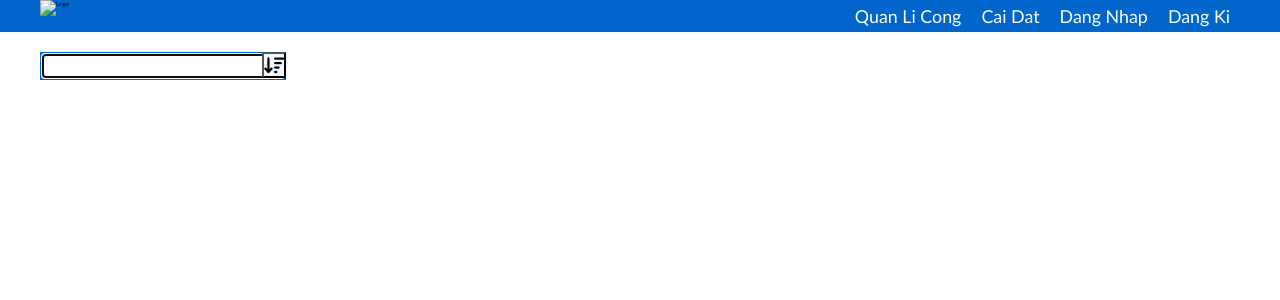
Repository: LDDUNG2003/a
Page: index.html
These files come from the project's save history. The page is drawn as it stood at one moment and after the next save; the edit follows.
The browser window is 1280 px wide. The pictures show the whole page.
The first visible `.search-input` has the focus.
Some web libraries are served in a nearby version.

Above is the page before, as saved 2023-10-12 14:36:00.

### index.html
<!DOCTYPE html>
<html lang="en">

<head>
    <meta charset="UTF-8">
    <meta name="viewport" content="width=device-width, initial-scale=1.0">
    <title>Document</title>
    <link rel="stylesheet" href="./controlView/css/base.css">
    <link rel="stylesheet" href="./controlView/css/index.css">
</head>

<body>
    <div class="main">
        <div class="header">
            <div class="navBar">
                <img src="" alt="Logo">
                <ul class="navBar-list">
                    <li class="navBar-list--item">
                        <a href="./" class="navBar-list--link">quan li cong</a>
                    </li>
                    <li class="navBar-list--item">
                        <a href="./" class="navBar-list--link">cai dat</a>
                    </li>
                    <li class="navBar-list--item">
                        <a href="./" class="navBar-list--link">dang nhap</a>
                    </li>
                    <li class="navBar-list--item">
                        <a href="./" class="navBar-list--link">dang ki</a>
                    </li>
                </ul>
            </div>
        </div>
        <div class="content">
            <div class="heading-content">
                <div class="heading-search">
                    <input class="search-input" type="text">
                    <button class="search-btn">
                        <i style="font-size: 1.8rem;" class="fa-solid fa-arrow-down-wide-short" style="color: #eeeeec;"></i>
                    </button>
                </div>
            </div>
        </div>
    </div>
    <script src="https://kit.fontawesome.com/9ffed7d99e.js" crossorigin="anonymous"></script>
</body>

</html>

### controlView/css/base.css
:root {
    --primary-color: #0066cc;
    --text-color: #414141;
}

* {
    padding: 0px;
    margin: 0px;
    font-size: 0.62rem;
    font-family: 'Trebuchet MS', 'Lucida Sans Unicode', 'Lucida Grande', 'Lucida Sans', Arial, sans-serif;
}

.main {
    width: 100%;
    margin: auto;
}

.header {
    width: 100%;
    background-color: var(--primary-color);
}

.navBar {
    width: 100%;
    max-width: 1200px;
    margin: auto;
    display: flex;
    justify-content: space-between;
}

.navBar-list {
    display: flex;
    list-style: none;
    font-size: 1.6rem;
}

.navBar-list--item {}

.navBar-list--link:hover {
    background-color: #fff;
    color: black;
}

.navBar-list--link {
    color: #fff;
    font-size: 1.8rem;
    font-weight: 500;
    text-decoration: none;
    text-transform: capitalize;
    padding: 5px 10px;
    display: block;
}

.content {
    width: 100%;
    max-width: 1200px;
    margin: auto;
    padding-top: 20px;
}

### controlView/css/index.css
.heading-content {
    position: relative;
}

.heading-search {
    width: 240px;
    position: relative;
    padding: 3px;
    background-color: var(--primary-color);
}

.search-input:focus {
    border: none;
    border-color: var(--primary-color);
}

.search-input {
    font-size: 1.8rem;
    width: 240px;
    border: none;
}

.search-btn {
    background-color: aliceblue;
    font-size: 1.8rem;
    position: absolute;
    top: 0px;
    right: 0px;
    height: auto;
    width: auto;
}

After the next save:
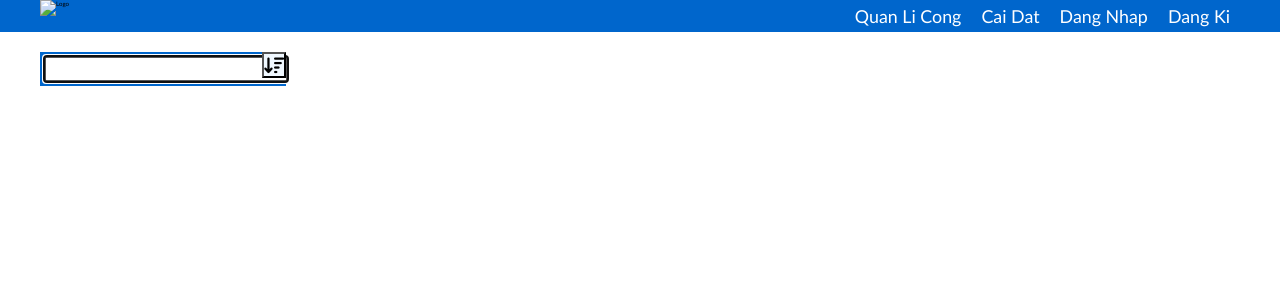
Saved 23 s later.
--- a/controlView/css/index.css
+++ b/controlView/css/index.css
@@ -10,8 +10,7 @@
 }
 
 .search-input:focus {
-    border: none;
-    border-color: var(--primary-color);
+    border: 3px solid #555;
 }
 
 .search-input {

After the save that followed:
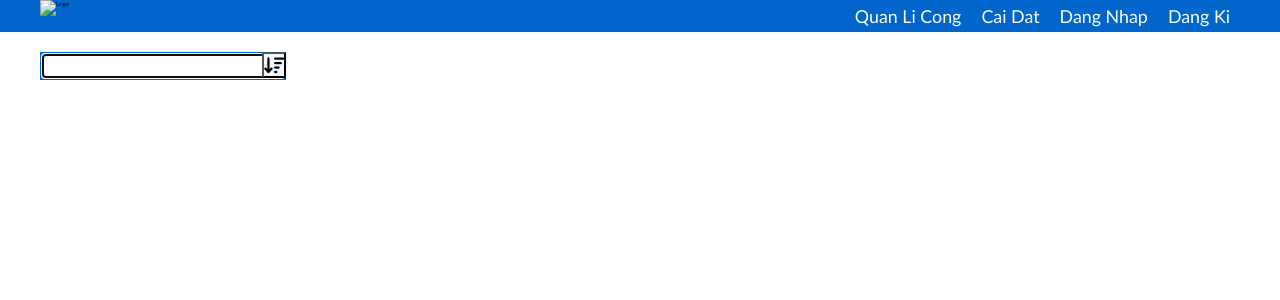
Saved 13 s later.
--- a/controlView/css/index.css
+++ b/controlView/css/index.css
@@ -7,10 +7,6 @@
     position: relative;
     padding: 3px;
     background-color: var(--primary-color);
-}
-
-.search-input:focus {
-    border: 3px solid #555;
 }
 
 .search-input {
